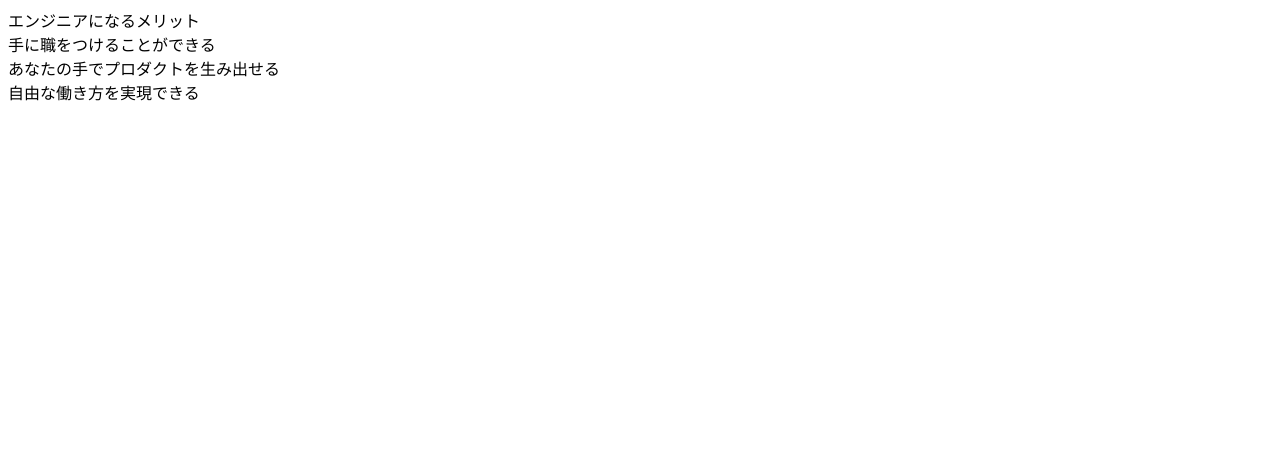
Repository: m-mao/firsa_app
Page: html_css/output_htmcss/output3.html
The author's editor kept a record of every edit. The page is drawn from the files as they stood at one moment, then again after the next edit.
The browser window is 1280 px wide. The pictures show the whole page.

Above is the page before.

After the next edit:
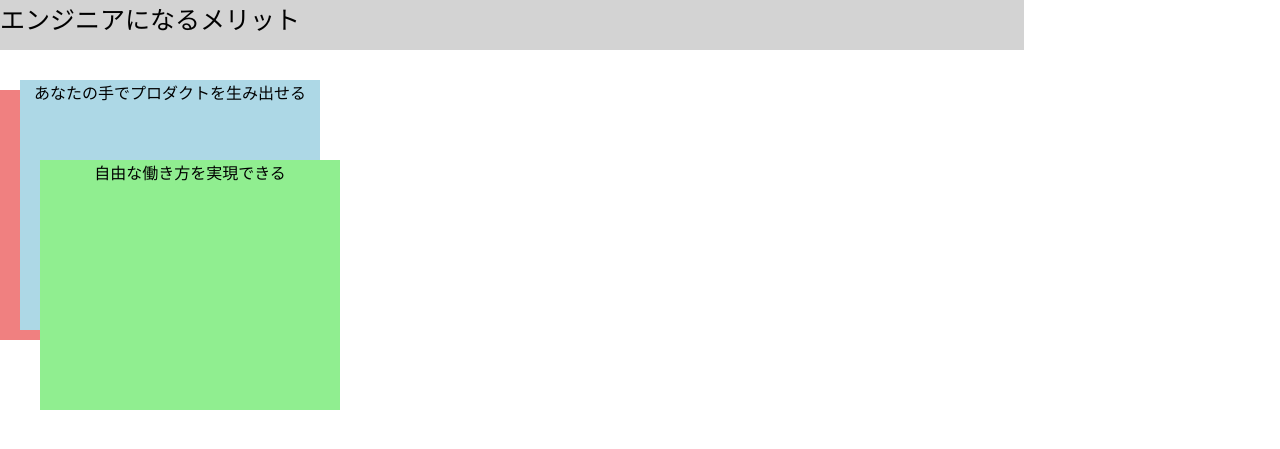
The edit:
--- a/html_css/output_htmcss/output3.html
+++ b/html_css/output_htmcss/output3.html
@@ -3,6 +3,7 @@
   <head>
     <meta charset="UTF-8">
     <title>チームアウトプット</title>
+    <link rel="stylesheet" href="style.css">
   </head>
   <body>
     <header>
